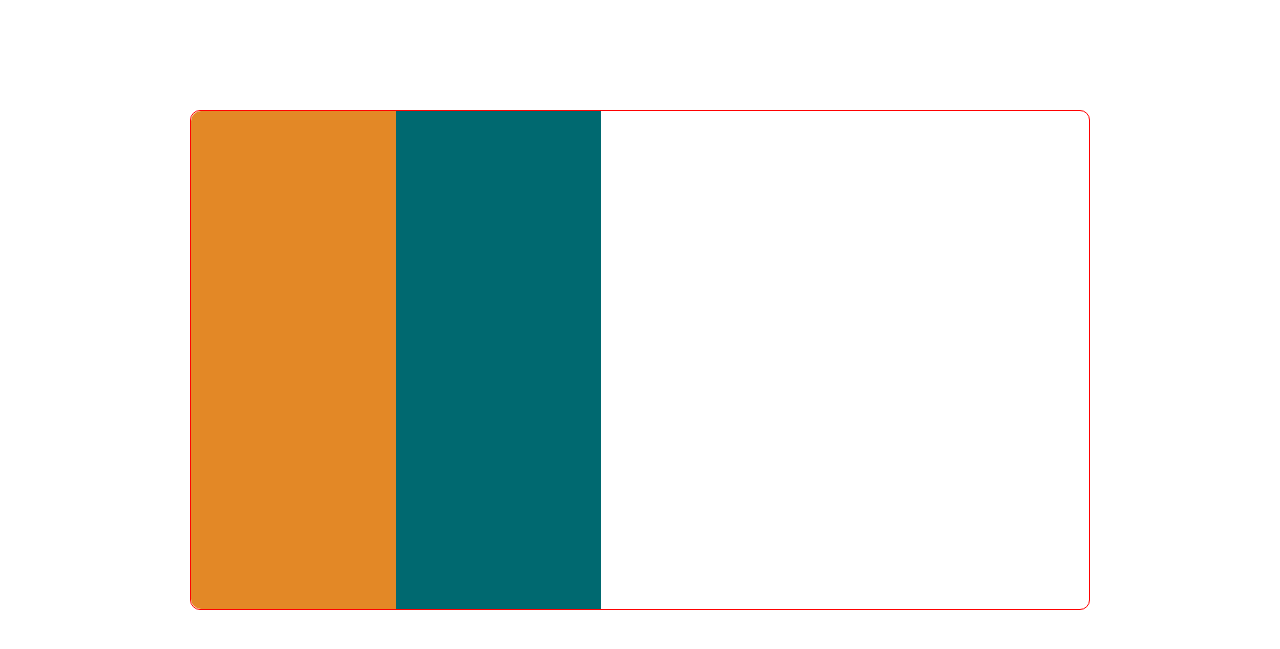
Repository: KamoliddinGIT/column-preview-card
Page: index.html
An editor plug-in stored every save of this project. The page is shown before and after the next save, followed by the edit.
The browser window is 1280 px wide. The pictures show the whole page.

Above is the page before, as saved 2023-09-15 16:28:35.

### index.html
<!DOCTYPE html>
<html lang="en">
  <head>
    <meta charset="UTF-8" />
    <meta name="viewport" content="width=device-width, initial-scale=1.0" />
    <link
      rel="icon"
      type="image/png"
      sizes="32x32"
      href="./images/favicon-32x32.png"
    />
    <link rel="stylesheet" href="./css/style.css" />
    <title>3-column preview card component</title>
  </head>
  <body>
    <div class="container">
      <div class="card__1"></div>
      <div class="card__2"></div>
      <div class="card__3"></div>
    </div>
  </body>
</html>

### css/style.css
* {
  margin: 0;
  padding: 0;
  box-sizing: border-box;
}

body {
  display: flex;
  justify-content: center;
  align-items: center;
  width: 100%;
  height: 100vh;
}

.container {
  display: flex;
  flex-direction: row;
  border-radius: 10px;
  width: 900px;
  height: 500px;
  color: hsla(0, 0%, 100%, 0.75);
  border: 1px solid red;
}

.card__1 {
  width: 205px;
  height: 100%;
  background-color: hsl(31, 77%, 52%);
  border-top-left-radius: 10px;
  border-bottom-left-radius: 10px;
  padding: 45px;
}

.card__2 {
  width: 205px;
  height: 100%;
  background-color: hsl(184, 100%, 22%);
  padding: 45px;
}

After the next save:
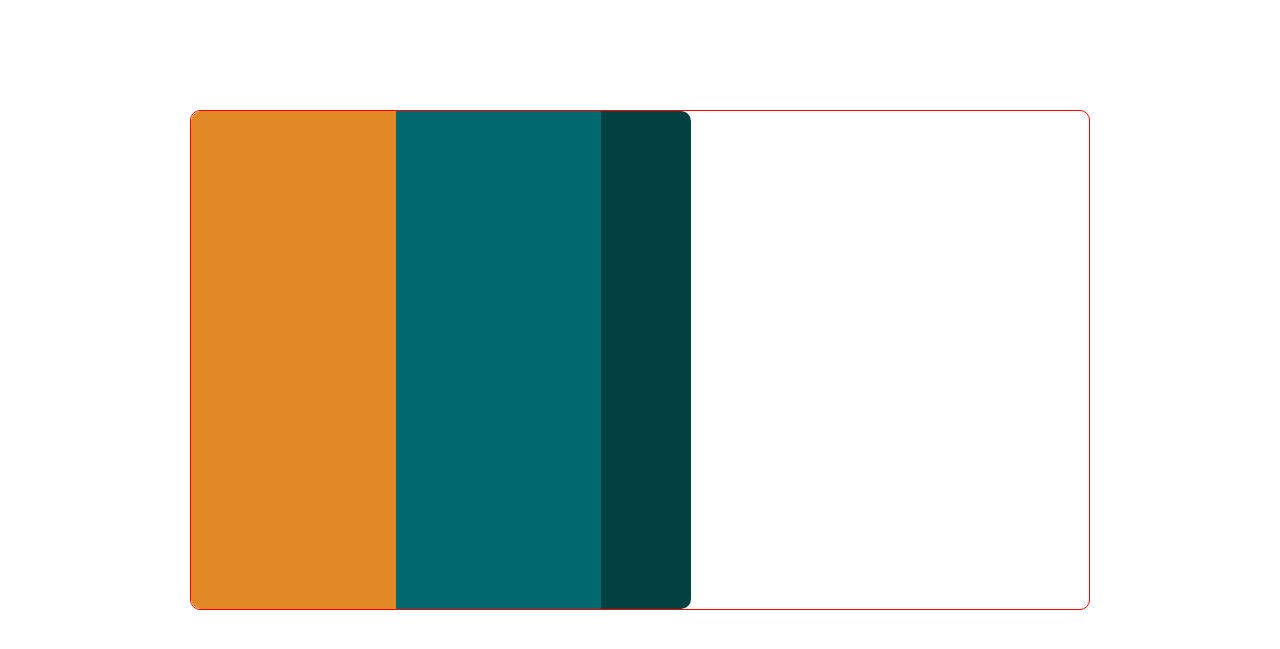
Saved 29 s later.
--- a/css/style.css
+++ b/css/style.css
@@ -37,3 +37,10 @@ body {
   background-color: hsl(184, 100%, 22%);
   padding: 45px;
 }
+
+.card__3 {
+  background-color: hsl(179, 100%, 13%);
+  border-top-right-radius: 10px;
+  border-bottom-right-radius: 10px;
+  padding: 45px;
+}
